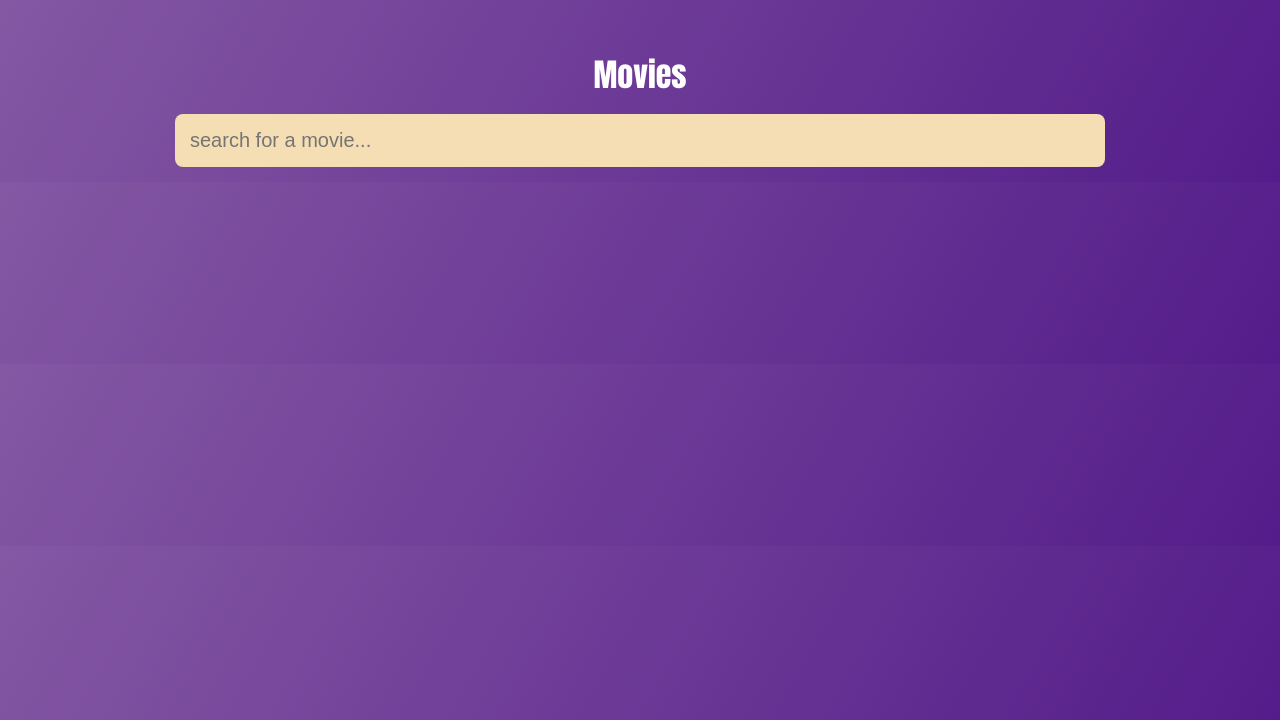
Repository: KLM94/moviedb
Page: /
The author's editor kept a copy of each file at every save. The page is drawn from the files as they stood at one save, then again after the next save.
The browser window is 1280 px wide. The pictures show the whole page.
The project was rebuilt for these pictures with package versions that can differ from the ones it lists, and the page was loaded fresh each time.

Above is the page before, as saved 2020-09-16 15:35:53.

### src/index.css
* {
  margin: 0;
  padding: 0;
  box-sizing: border-box;
}

body {
  font-family: Impact, Haettenschweiler, "Arial Narrow Bold", sans-serif;
  background-image: linear-gradient(120deg, #8458a3 0%, #541c8a 100%);
}

header {
  padding: 50px 15px 0px;
}

header h1 {
  color: white;
  font-size: 48;
  font-weight: 500;
  text-align: center;
}

main {
  width: 100%;
  max-width: 960px;
  margin: 0 auto;
}

section {
  padding: 15px;
}

.searchbox {
  display: block;
  width: 100%;
  padding: 15px;

  border: none;
  outline: none;
  background: none;

  background-color: wheat;
  border-radius: 8px;

  color: palevioletred;
  font-size: 20px;
  font-weight: 300;

  transition: 0.4s ease-out;
}

.searchbox:focus {
  box-shadow: 0px 0px 8px 3px rgb(37, 3, 70);
}

### src/App.js
import React from "react";
import Search from "./components/Search";

function App() {
  return (
    <div className="App">
      <header>
        <h1>Movies</h1>
      </header>
      <main>
        <Search />
      </main>
    </div>
  );
}

export default App;

### src/components/Search.jsx
import React from "react";

function Search() {
  return (
    <section className="searchbox-wrap">
      <input
        type="text"
        placeholder="search for a movie..."
        className="searchbox"
      />
    </section>
  );
}

export default Search;

Loaded but not shown: public/index.html (common file); src/index.js (common file); src/serviceWorker.js (common file)

After the next save:
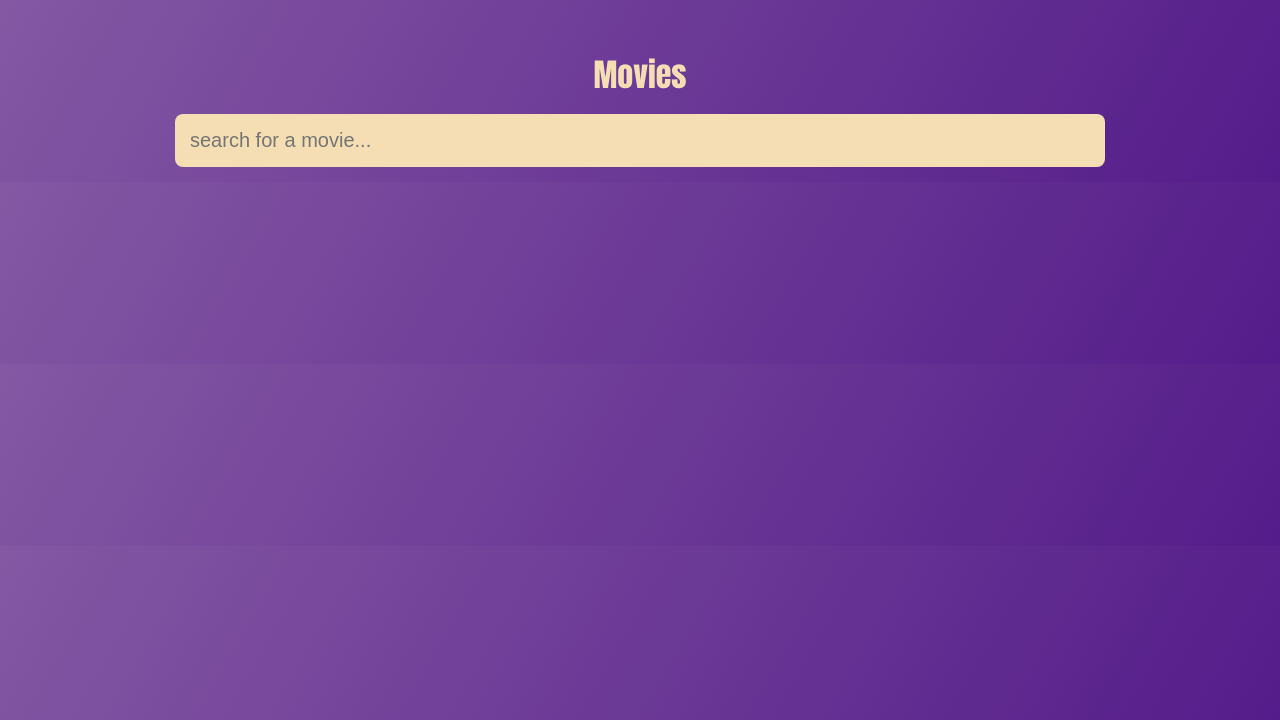
Saved 10 min 53 s later.
--- a/src/index.css
+++ b/src/index.css
@@ -14,7 +14,7 @@ header {
 }
 
 header h1 {
-  color: white;
+  color: wheat;
   font-size: 48;
   font-weight: 500;
   text-align: center;
